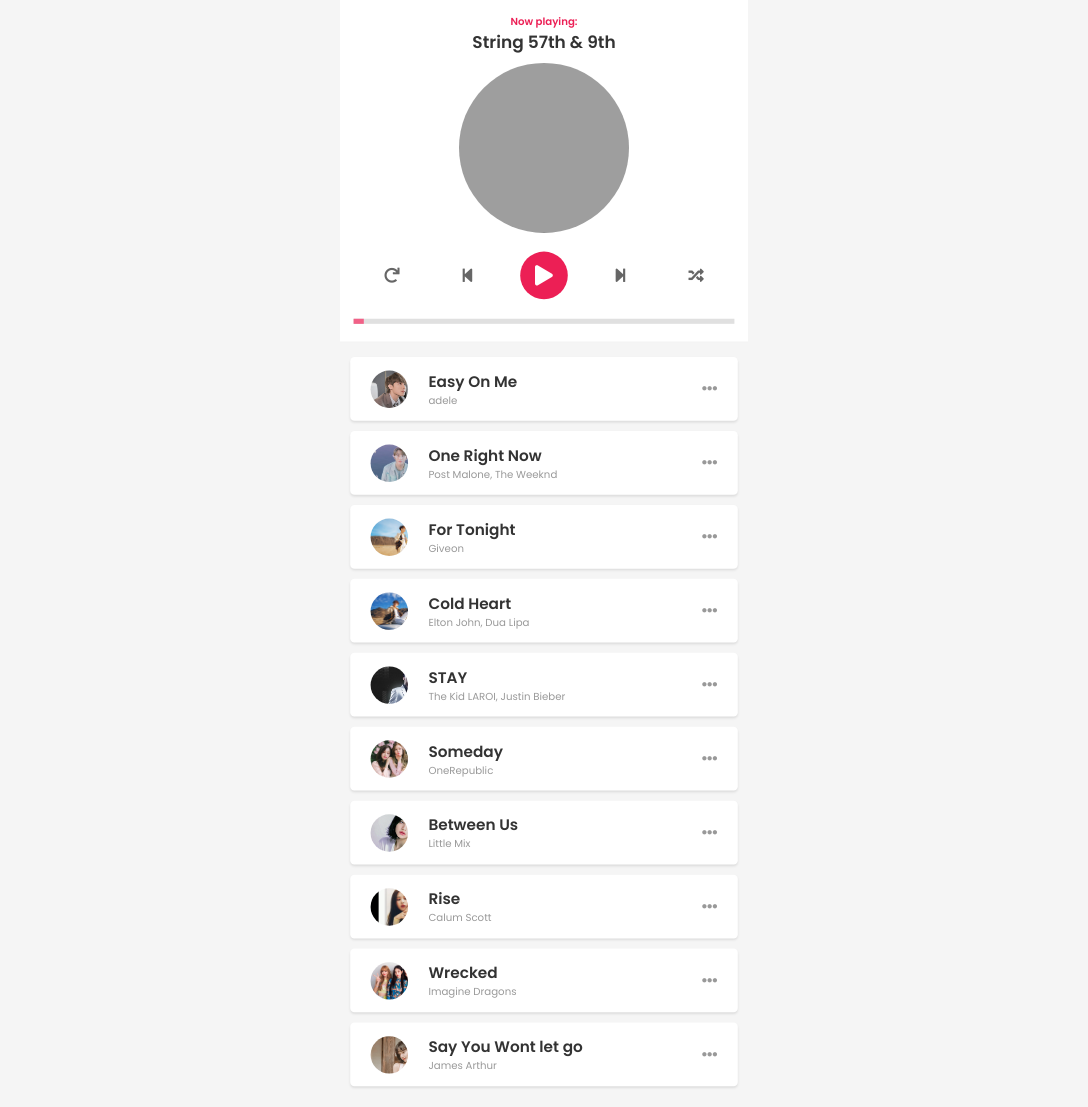
Repository: maivannhan1998/MusicPlayer.github.io
Page: index.html
The author's editor kept a copy of each file at every save. The page is drawn from the files as they stood at one save, then again after the next save.
The browser window is 1280 px wide. The pictures show the whole page, at 85% of full size.
Pictures or frames that could not be fetched are drawn as grey boxes.

Above is the page before, as saved 2021-11-09 10:25:40.

After the next save:
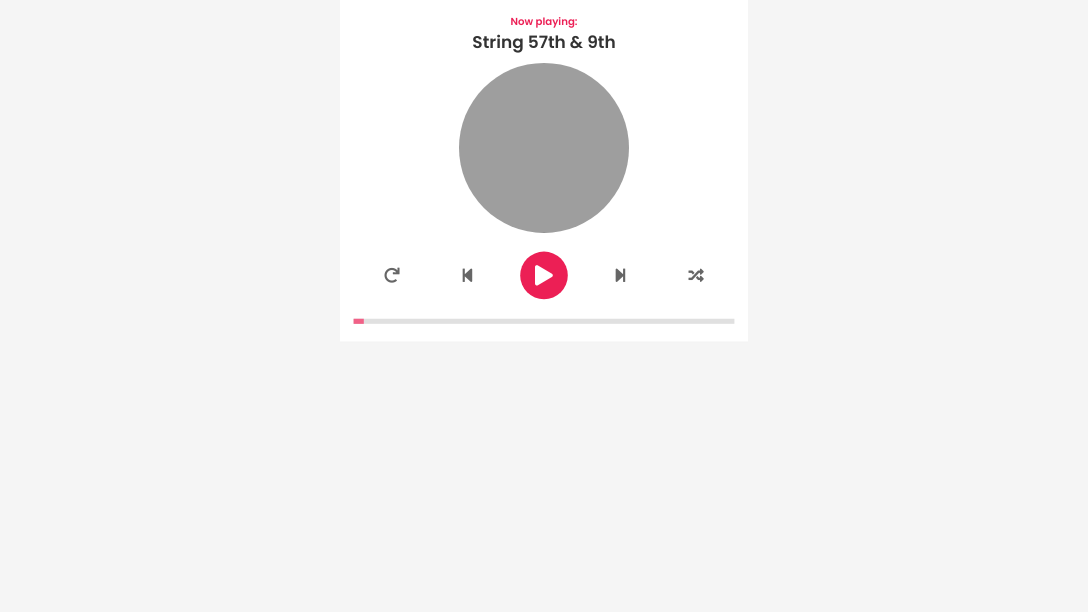
Console error: SyntaxError: Unexpected identifier 'start'
Saved 37 min 37 s later.
--- a/index.html
+++ b/index.html
@@ -61,6 +61,9 @@
          const $$ = document.querySelectorAll.bind(document);
 
          const app = {
+
+            currentIndex: 0,
+
             songs: [
                  {
                      name: 'Easy On Me',
@@ -147,7 +150,9 @@
                     cd.style.opacity = newCdWidth / cdWidth;
                  }
             },
-
+            getCurrentSong: function() {
+                return this.songs(this.currenIndex);
+            }
             start: function() {
                 this.handleEvents();
 

After the 4 saves that followed:
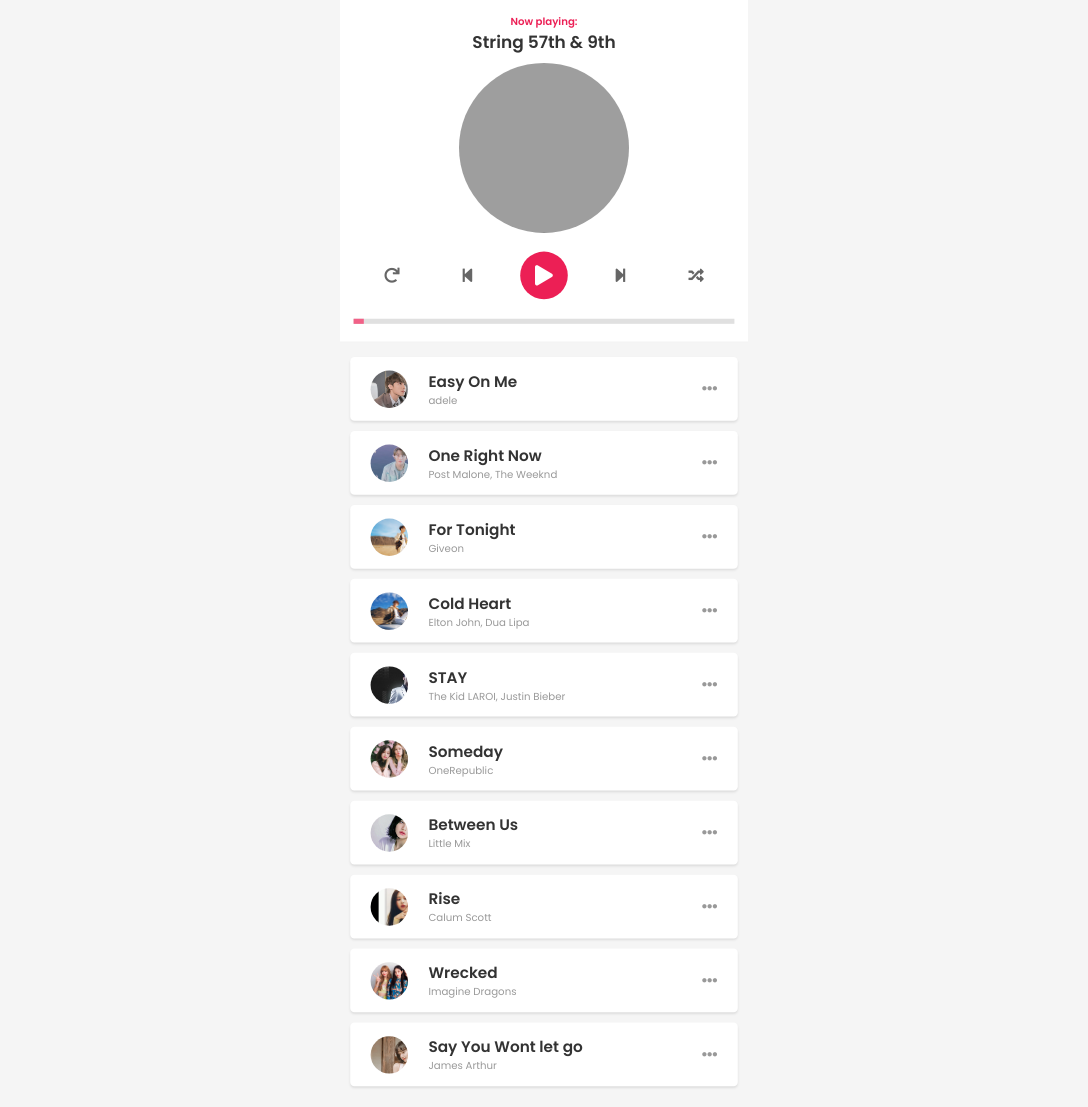
The error is gone.
The 4 saves are shown as one change because 3 left the picture as it was.
The last was saved 96 s later.
--- a/index.html
+++ b/index.html
@@ -151,9 +151,11 @@
                  }
             },
             getCurrentSong: function() {
-                return this.songs(this.currenIndex);
-            }
+                return this.songs[this.currentIndex];
+            },
             start: function() {
+
+                console.log(this.getCurrentSong())
                 this.handleEvents();
 
                 this.render();
